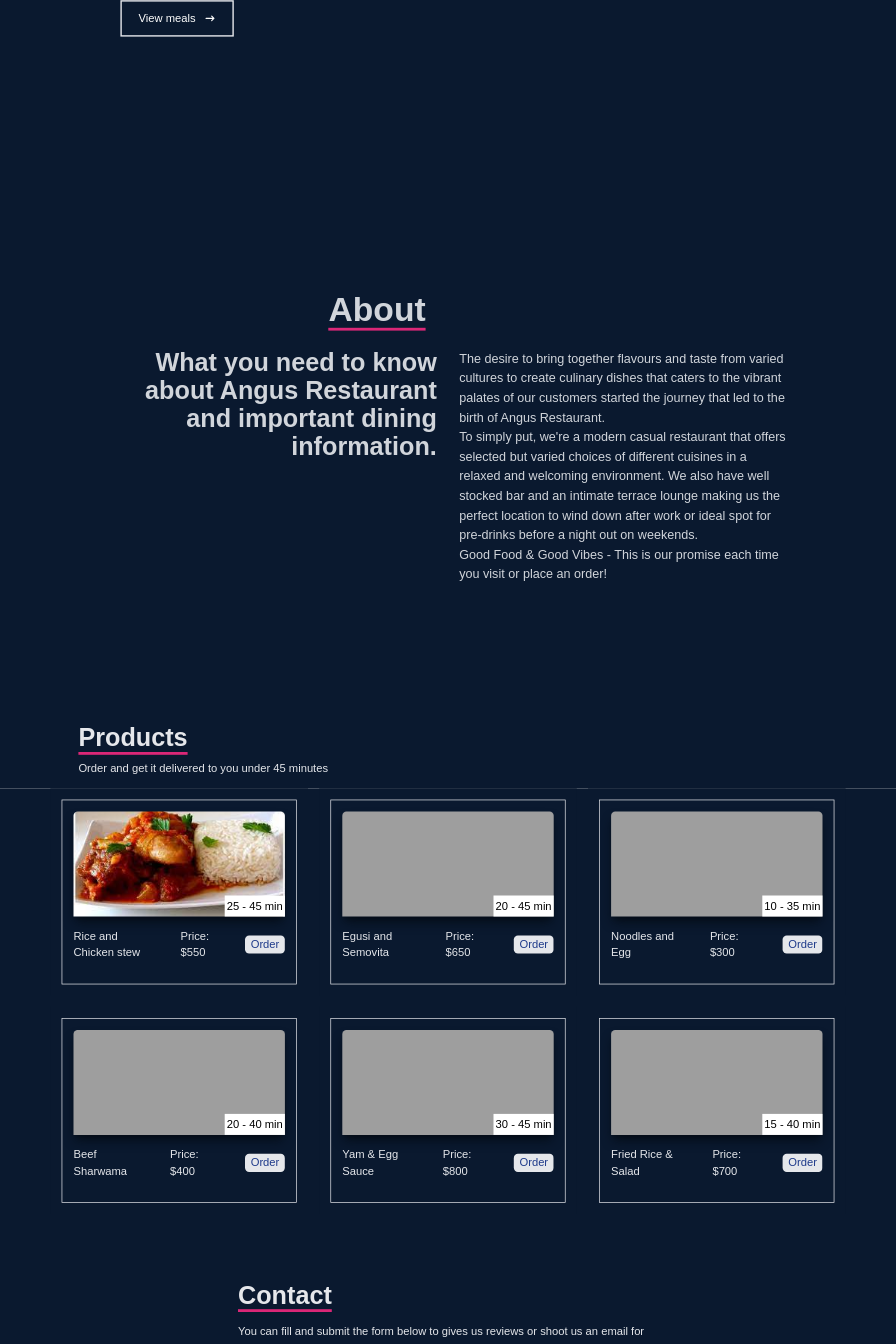
Repository: AngusOnyebuchi/Dashboard
Page: /
These files come from the project's save history. The page is drawn as it stood at one moment and after the next save; the edit follows.
The browser window is 1280 px wide. The pictures show the part of the page from y = 486 to 2406 px (the page is 3238 px tall before and 1610 px after), at 70% of full size.
Pictures or frames that could not be fetched are drawn as grey boxes. The project was rebuilt for these pictures with package versions that can differ from the ones it lists, and the page was loaded fresh each time.

Above is the page before, as saved 2022-04-23 22:41:33.

After the next save:
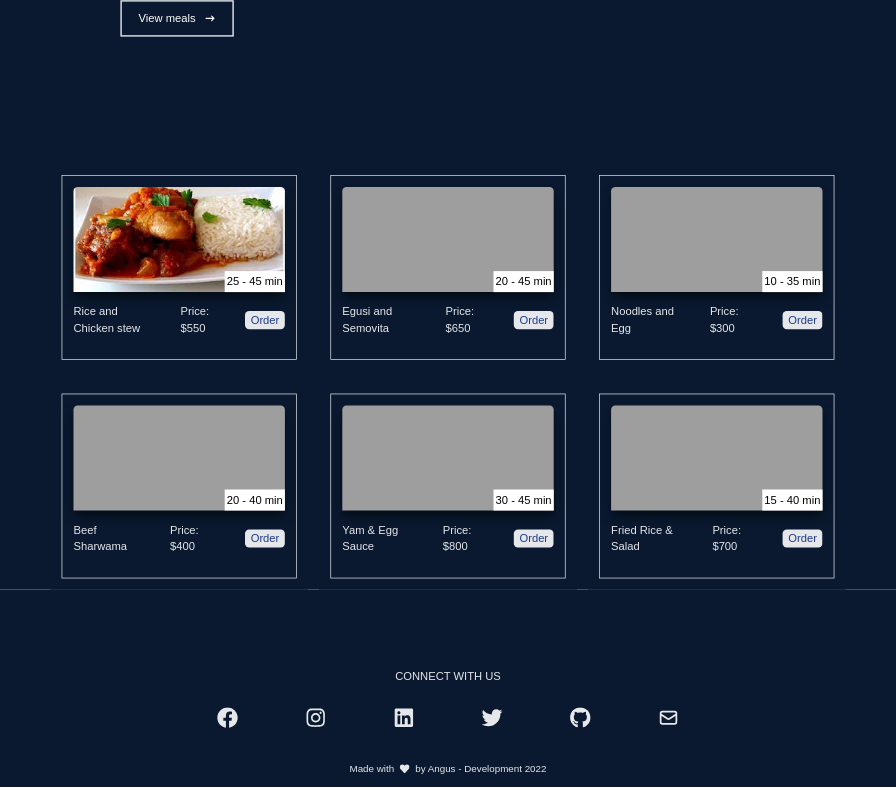
Saved 9 s later.
--- a/src/App.js
+++ b/src/App.js
@@ -7,7 +7,7 @@ import Products from "./components/Products"
 import ProductsData from "./components/ProductsData";
 import Contact from "./components/Contact";
 import Footer from "./components/Footer";
-import { Link } from "react-router-dom";
+import { Routes, Route } from "react-router-dom";
 
 export default function App() {
 
@@ -29,15 +29,17 @@ export default function App() {
     return (
         <div>
           <NavBar/>
-          <Home/>
-          <About/>
-          <Product/>
+          <Routes>
+            <Route path='/' element={<Home/>}/>
+            <Route path='/about' element={<About/>}/>
+            <Route path='/product' element={<Product/>}/>
+            <Route path='/contact' element={<Contact/>}/>
+          </Routes>
           <section className="md:px-10 bg-[#0a192f] ">
             <div className="grid sm:grid-cols-2 md:grid-cols-3 gap-4 px-8 ">
               {cardElements}
             </div>
           </section>
-          <Contact/>
           <Footer/>
         </div>
     )
